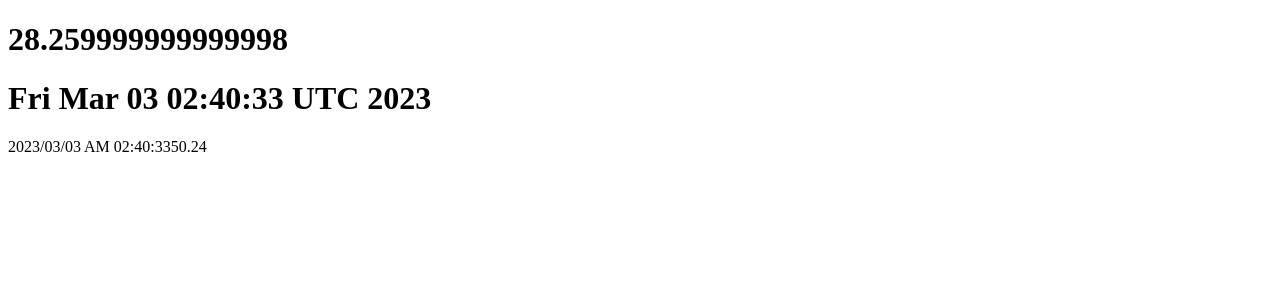
Repository: suzume1203/test
Page: http://localhost/JspProject/TestPI.jsp
An editor plug-in stored every save of this project. The page is shown before and after the next save, followed by the edit.
The browser window is 1280 px wide. The pictures show the whole page.
The page is served by Tomcat 10. Nobody is signed in. The application's start-up code is not run. Other server files are loaded and not shown.

Above is the page before, as saved 2023-03-08 01:45:57.

### JspProject/src/main/webapp/TestPI.jsp
<%@page import="java.text.SimpleDateFormat"%>
<%@page import="java.util.Date"%>
<%@ page language="java" contentType="text/html; charset=UTF-8"
    pageEncoding="UTF-8"%>
<!DOCTYPE html>
<html>
<head>
<meta charset="UTF-8">
<title>Insert title here</title>
</head>
<body>
<h1><%= calc(3).toString()%></h1>
<h1><%= new java.util.Date()%></h1>
<%!
public static final double PI =3.14;

public Double calc(int number){
	return PI*number*number;
}
%>
<%
Date date = new Date();
SimpleDateFormat df = new SimpleDateFormat("YYYY/MM/dd a hh:mm:ss");

out.write(df.format(date));
out.write(calc(4).toString());
%>

</body>
</html>

After the next save:
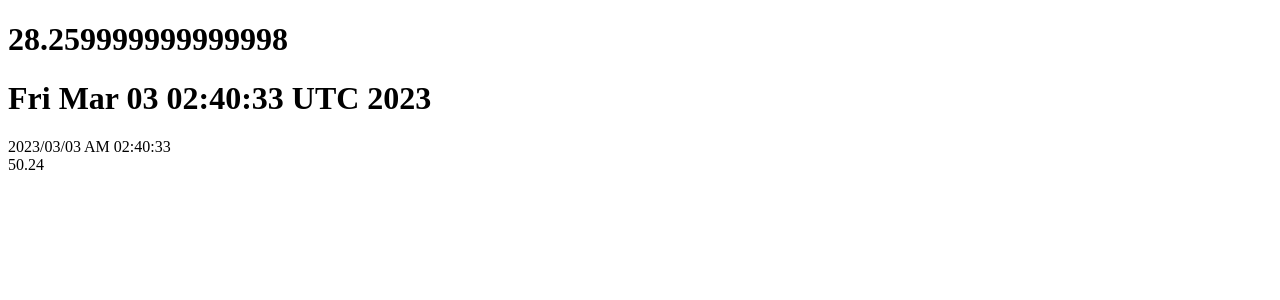
Saved 60 s later.
--- a/JspProject/src/main/webapp/TestPI.jsp
+++ b/JspProject/src/main/webapp/TestPI.jsp
@@ -22,7 +22,7 @@ public Double calc(int number){
 Date date = new Date();
 SimpleDateFormat df = new SimpleDateFormat("YYYY/MM/dd a hh:mm:ss");
 
-out.write(df.format(date));
+out.write(df.format(date)+"<br/>");
 out.write(calc(4).toString());
 %>
 
